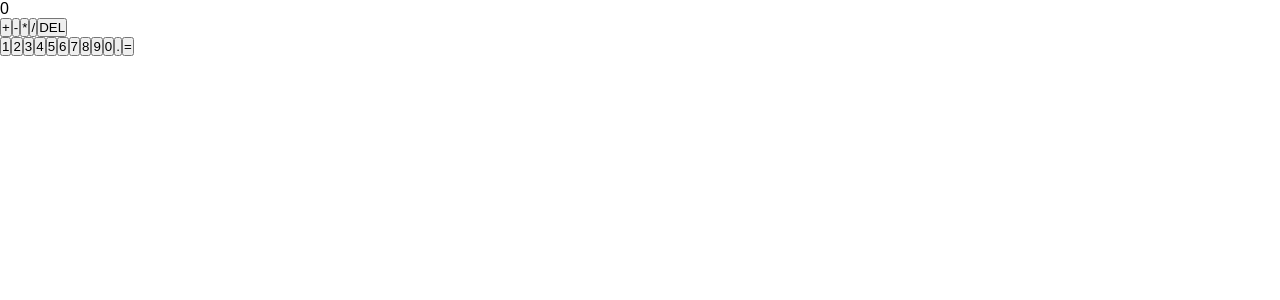
Repository: Bishek666/simple-calculator
Page: /
The author's editor kept a copy of each file at every save. The page is drawn from the files as they stood at one save, then again after the next save.
The browser window is 1280 px wide. The pictures show the whole page.
The project was rebuilt for these pictures with package versions that can differ from the ones it lists, and the page was loaded fresh each time.

Above is the page before, as saved 2021-10-20 17:37:23.

### src/index.css
:root {
    --primary: #030546c9;
    --secondary: #797dffc9;
    --dark: #0908088a;
    --light: rgb(240, 236, 236);
}

* {
    margin: 0;
    padding: 0;
    box-sizing: border-box;
    font-family: sans-serif;
}

body {
}

### src/App.js
function App() {
    const addDigits = () => {
        const digits = [];

        for (let i = 1; i < 10; i++) {
            digits.push(<button key={i}>{i}</button>);
        }

        return digits;
    };
    return (
        <div className='App'>
            <div className='container-calculator'>
                <div className='display-calculation'>0</div>
                <div className='operators'>
                    <button>+</button>
                    <button>-</button>
                    <button>*</button>
                    <button>/</button>
                    <button>DEL</button>
                </div>
                <div className='digits'>
                    {addDigits()}
                    <button>0</button>
                    <button>.</button>
                    <button>=</button>
                </div>
            </div>
        </div>
    );
}

export default App;

Loaded but not shown: public/index.html (common file); src/index.js (common file)

After the next save:
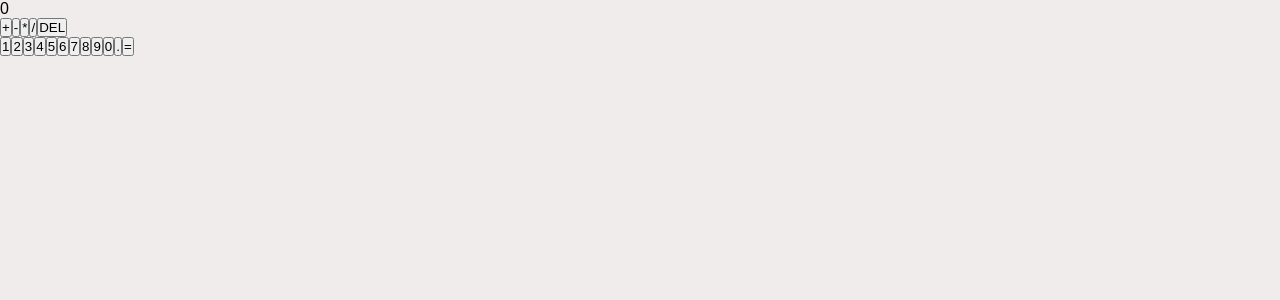
Saved 11 s later.
--- a/src/index.css
+++ b/src/index.css
@@ -13,4 +13,5 @@
 }
 
 body {
+    background-color: var(--light);
 }
